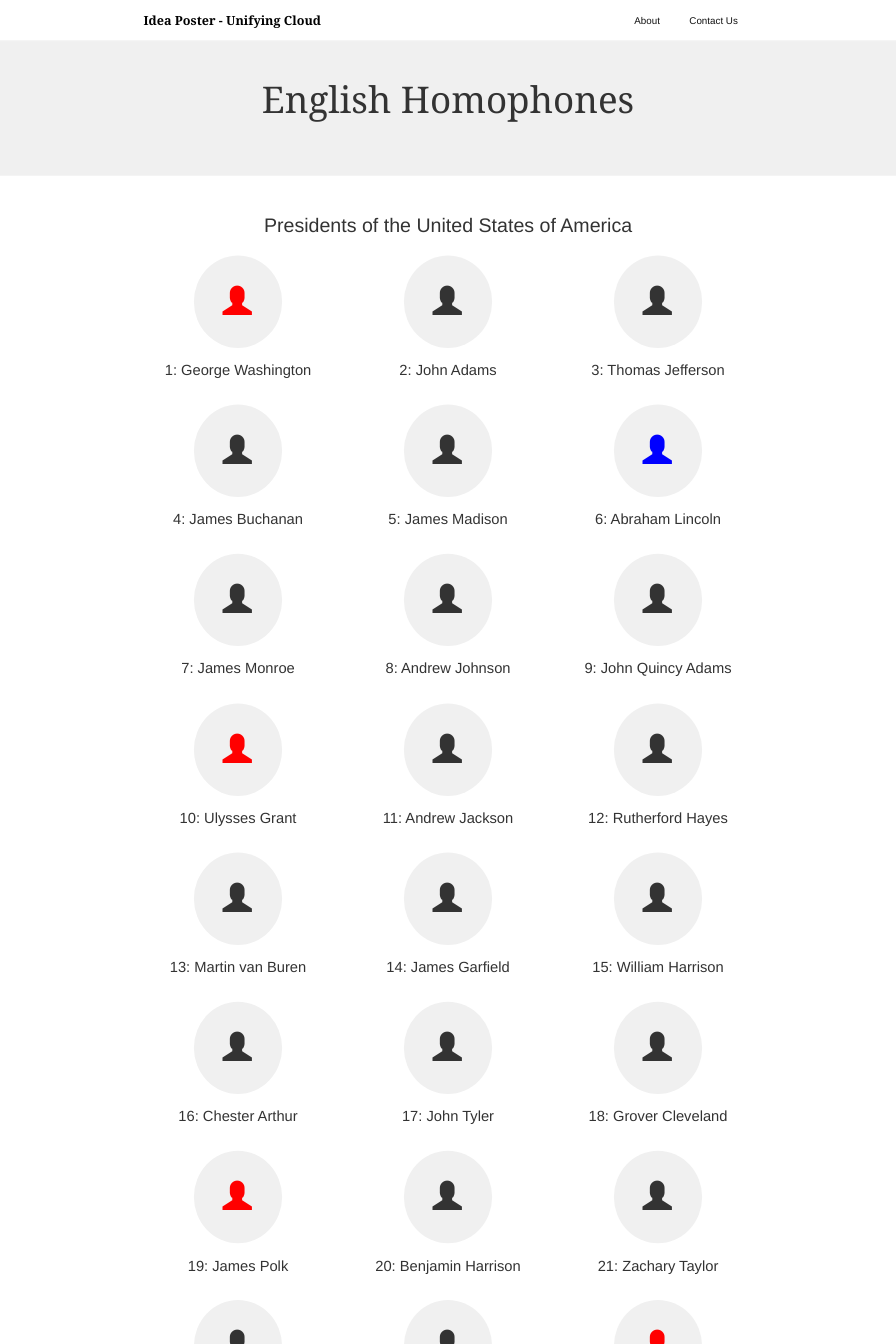
Repository: unifyingcloud/IdeaPoster-English-Homophones
Page: index.html
The author's editor kept a record of every edit. The page is drawn from the files as they stood at one moment, then again after the next edit.
The browser window is 1280 px wide. The pictures show the part of the page from y = 0 to 1920 px (the page is 3652 px tall before and 3683 px after), at 70% of full size.

Above is the page before.

### index.html
<!DOCTYPE html>
<html lang="en">
  <head>
    <meta charset="utf-8">
    <title>Idea Poster</title>
    <meta name="viewport" content="width=device-width,initial-scale=1.0">
    <link href="css/bootstrap.min.css" rel="stylesheet">
    <link href="css/lighter.css" rel="stylesheet">
  </head>
  <body>

    <nav class="navbar navbar-default navbar-fixed-top" role="navigation">
      <div class="container">
        <div class="navbar-header">
          <button type="button" class="navbar-toggle" data-toggle="collapse" data-target=".navbar-ex1-collapse">
            <span class="icon-bar"></span>
            <span class="icon-bar"></span>
            <span class="icon-bar"></span>
          </button>
          <a class="navbar-brand nav-link" href="#top">Idea Poster - Unifying Cloud</a>
        </div> <!-- /.navbar-header -->

        <div class="collapse navbar-collapse navbar-ex1-collapse">
          <ul class="nav navbar-nav navbar-right">


            <li><a href="http://www.unifyingcloud.com" class="nav-link">About</a></li>
            <li><a href="http://www.unifyingcloud.com">Contact Us</a></li>


          </ul>
        </div> <!-- /.navbar-collapse -->
      </div> <!-- /.container -->
    </nav> <!-- /.navbar -->

    <div id="top" class="jumbotron">
      <div class="container">
        <h1>English Homophones</h1>

      </div> <!-- /.container -->
    </div> <!-- /.jumbotron -->

    <div class="container">
      <h3 id="features" class="subhead">Presidents of the United States of America</h3>
      <div class="row benefits">


      <div class="col-md-4 col-sm-6 benefit"><div class="benefit-ball"><span class="glyphicon glyphicon-user" style="color:red" onClick="javascript:this.style.color=this.style.color=='blue'?'red':'blue'"></span> </div><h3>1: George Washington</h3><p></p> </div> <!-- /.benefit -->
<div class="col-md-4 col-sm-6 benefit"><div class="benefit-ball"><span class="glyphicon glyphicon-user" onClick="javascript:this.style.color=this.style.color=='blue'?'red':'blue'"></span> </div><h3>2: John Adams</h3><p></p> </div> <!-- /.benefit -->
<div class="col-md-4 col-sm-6 benefit"><div class="benefit-ball"><span class="glyphicon glyphicon-user" onClick="javascript:this.style.color=this.style.color=='blue'?'red':'blue'"></span> </div><h3>3: Thomas Jefferson</h3><p></p> </div> <!-- /.benefit -->
<div class="col-md-4 col-sm-6 benefit"><div class="benefit-ball"><span class="glyphicon glyphicon-user" onClick="javascript:this.style.color=this.style.color=='blue'?'red':'blue'"></span> </div><h3>4: James Buchanan</h3><p></p> </div> <!-- /.benefit -->
<div class="col-md-4 col-sm-6 benefit"><div class="benefit-ball"><span class="glyphicon glyphicon-user" onClick="javascript:this.style.color=this.style.color=='blue'?'red':'blue'"></span> </div><h3>5: James Madison</h3><p></p> </div> <!-- /.benefit -->
<div class="col-md-4 col-sm-6 benefit"><div class="benefit-ball"><span class="glyphicon glyphicon-user" style="color:blue"  onClick="javascript:this.style.color=this.style.color=='blue'?'red':'blue'"></span> </div><h3>6: Abraham Lincoln</h3><p></p> </div> <!-- /.benefit -->
<div class="col-md-4 col-sm-6 benefit"><div class="benefit-ball"><span class="glyphicon glyphicon-user" onClick="javascript:this.style.color=this.style.color=='blue'?'red':'blue'"></span> </div><h3>7: James Monroe</h3><p></p> </div> <!-- /.benefit -->
<div class="col-md-4 col-sm-6 benefit"><div class="benefit-ball"><span class="glyphicon glyphicon-user" onClick="javascript:this.style.color=this.style.color=='blue'?'red':'blue'"></span> </div><h3>8: Andrew Johnson</h3><p></p> </div> <!-- /.benefit -->
<div class="col-md-4 col-sm-6 benefit"><div class="benefit-ball"><span class="glyphicon glyphicon-user" onClick="javascript:this.style.color=this.style.color=='blue'?'red':'blue'"></span> </div><h3>9: John Quincy Adams</h3><p></p> </div> <!-- /.benefit -->
<div class="col-md-4 col-sm-6 benefit"><div class="benefit-ball"><span class="glyphicon glyphicon-user" style="color:red" onClick="javascript:this.style.color=this.style.color=='blue'?'red':'blue'"></span> </div><h3>10: Ulysses Grant</h3><p></p> </div> <!-- /.benefit -->
<div class="col-md-4 col-sm-6 benefit"><div class="benefit-ball"><span class="glyphicon glyphicon-user" onClick="javascript:this.style.color=this.style.color=='blue'?'red':'blue'"></span> </div><h3>11: Andrew Jackson</h3><p></p> </div> <!-- /.benefit -->
<div class="col-md-4 col-sm-6 benefit"><div class="benefit-ball"><span class="glyphicon glyphicon-user" onClick="javascript:this.style.color=this.style.color=='blue'?'red':'blue'"></span> </div><h3>12: Rutherford Hayes</h3><p></p> </div> <!-- /.benefit -->
<div class="col-md-4 col-sm-6 benefit"><div class="benefit-ball"><span class="glyphicon glyphicon-user" onClick="javascript:this.style.color=this.style.color=='blue'?'red':'blue'"></span> </div><h3>13: Martin van Buren</h3><p></p> </div> <!-- /.benefit -->
<div class="col-md-4 col-sm-6 benefit"><div class="benefit-ball"><span class="glyphicon glyphicon-user" onClick="javascript:this.style.color=this.style.color=='blue'?'red':'blue'"></span> </div><h3>14: James Garfield</h3><p></p> </div> <!-- /.benefit -->
<div class="col-md-4 col-sm-6 benefit"><div class="benefit-ball"><span class="glyphicon glyphicon-user" onClick="javascript:this.style.color=this.style.color=='blue'?'red':'blue'"></span> </div><h3>15: William Harrison</h3><p></p> </div> <!-- /.benefit -->
<div class="col-md-4 col-sm-6 benefit"><div class="benefit-ball"><span class="glyphicon glyphicon-user" onClick="javascript:this.style.color=this.style.color=='blue'?'red':'blue'"></span> </div><h3>16: Chester Arthur</h3><p></p> </div> <!-- /.benefit -->
<div class="col-md-4 col-sm-6 benefit"><div class="benefit-ball"><span class="glyphicon glyphicon-user" onClick="javascript:this.style.color=this.style.color=='blue'?'red':'blue'"></span> </div><h3>17: John Tyler</h3><p></p> </div> <!-- /.benefit -->
<div class="col-md-4 col-sm-6 benefit"><div class="benefit-ball"><span class="glyphicon glyphicon-user" onClick="javascript:this.style.color=this.style.color=='blue'?'red':'blue'"></span> </div><h3>18: Grover Cleveland</h3><p></p> </div> <!-- /.benefit -->
<div class="col-md-4 col-sm-6 benefit"><div class="benefit-ball"><span class="glyphicon glyphicon-user" style="color:red" onClick="javascript:this.style.color=this.style.color=='blue'?'red':'blue'"></span> </div><h3>19: James Polk</h3><p></p> </div> <!-- /.benefit -->
<div class="col-md-4 col-sm-6 benefit"><div class="benefit-ball"><span class="glyphicon glyphicon-user" onClick="javascript:this.style.color=this.style.color=='blue'?'red':'blue'"></span> </div><h3>20: Benjamin Harrison</h3><p></p> </div> <!-- /.benefit -->
<div class="col-md-4 col-sm-6 benefit"><div class="benefit-ball"><span class="glyphicon glyphicon-user" onClick="javascript:this.style.color=this.style.color=='blue'?'red':'blue'"></span> </div><h3>21: Zachary Taylor</h3><p></p> </div> <!-- /.benefit -->
<div class="col-md-4 col-sm-6 benefit"><div class="benefit-ball"><span class="glyphicon glyphicon-user" onClick="javascript:this.style.color=this.style.color=='blue'?'red':'blue'"></span> </div><h3>22: Millard Fillmore</h3><p></p> </div> <!-- /.benefit -->
<div class="col-md-4 col-sm-6 benefit"><div class="benefit-ball"><span class="glyphicon glyphicon-user" onClick="javascript:this.style.color=this.style.color=='blue'?'red':'blue'"></span> </div><h3>23: William McKinley</h3><p></p> </div> <!-- /.benefit -->
<div class="col-md-4 col-sm-6 benefit"><div class="benefit-ball"><span class="glyphicon glyphicon-user" style="color:red" onClick="javascript:this.style.color=this.style.color=='blue'?'red':'blue'"></span> </div><h3>24: Franklin Pierce</h3><p></p> </div> <!-- /.benefit -->
<div class="col-md-4 col-sm-6 benefit"><div class="benefit-ball"><span class="glyphicon glyphicon-user" onClick="javascript:this.style.color=this.style.color=='blue'?'red':'blue'"></span> </div><h3>25: Teddy Roosevelt</h3><p></p> </div> <!-- /.benefit -->
<div class="col-md-4 col-sm-6 benefit"><div class="benefit-ball"><span class="glyphicon glyphicon-user" onClick="javascript:this.style.color=this.style.color=='blue'?'red':'blue'"></span> </div><h3>26: John Kennedy</h3><p></p> </div> <!-- /.benefit -->
<div class="col-md-4 col-sm-6 benefit"><div class="benefit-ball"><span class="glyphicon glyphicon-user" onClick="javascript:this.style.color=this.style.color=='blue'?'red':'blue'"></span> </div><h3>27: William Howard Taft</h3><p></p> </div> <!-- /.benefit -->
<div class="col-md-4 col-sm-6 benefit"><div class="benefit-ball"><span class="glyphicon glyphicon-user" onClick="javascript:this.style.color=this.style.color=='blue'?'red':'blue'"></span> </div><h3>28: Lyndon Johnson</h3><p></p> </div> <!-- /.benefit -->
<div class="col-md-4 col-sm-6 benefit"><div class="benefit-ball"><span class="glyphicon glyphicon-user" onClick="javascript:this.style.color=this.style.color=='blue'?'red':'blue'"></span> </div><h3>29: Woodrow Wilson</h3><p></p> </div> <!-- /.benefit -->
<div class="col-md-4 col-sm-6 benefit"><div class="benefit-ball"><span class="glyphicon glyphicon-user" onClick="javascript:this.style.color=this.style.color=='blue'?'red':'blue'"></span> </div><h3>30: Richard Nixon</h3><p></p> </div> <!-- /.benefit -->
<div class="col-md-4 col-sm-6 benefit"><div class="benefit-ball"><span class="glyphicon glyphicon-user" onClick="javascript:this.style.color=this.style.color=='blue'?'red':'blue'"></span> </div><h3>31: Warren Harding</h3><p></p> </div> <!-- /.benefit -->
<div class="col-md-4 col-sm-6 benefit"><div class="benefit-ball"><span class="glyphicon glyphicon-user" style="color:red"  onClick="javascript:this.style.color=this.style.color=='blue'?'red':'blue'"></span> </div><h3>32: Gerald Ford</h3><p></p> </div> <!-- /.benefit -->
<div class="col-md-4 col-sm-6 benefit"><div class="benefit-ball"><span class="glyphicon glyphicon-user" onClick="javascript:this.style.color=this.style.color=='blue'?'red':'blue'"></span> </div><h3>33: Calvin Coolidge</h3><p></p> </div> <!-- /.benefit -->
<div class="col-md-4 col-sm-6 benefit"><div class="benefit-ball"><span class="glyphicon glyphicon-user" onClick="javascript:this.style.color=this.style.color=='blue'?'red':'blue'"></span> </div><h3>34: James Carter</h3><p></p> </div> <!-- /.benefit -->
<div class="col-md-4 col-sm-6 benefit"><div class="benefit-ball"><span class="glyphicon glyphicon-user" onClick="javascript:this.style.color=this.style.color=='blue'?'red':'blue'"></span> </div><h3>35: Herbert Hoover</h3><p></p> </div> <!-- /.benefit -->
<div class="col-md-4 col-sm-6 benefit"><div class="benefit-ball"><span class="glyphicon glyphicon-user" onClick="javascript:this.style.color=this.style.color=='blue'?'red':'blue'"></span> </div><h3>36: Ronald Reagan</h3><p></p> </div> <!-- /.benefit -->
<div class="col-md-4 col-sm-6 benefit"><div class="benefit-ball"><span class="glyphicon glyphicon-user" onClick="javascript:this.style.color=this.style.color=='blue'?'red':'blue'"></span> </div><h3>37: Franklin Roosevelt</h3><p></p> </div> <!-- /.benefit -->
<div class="col-md-4 col-sm-6 benefit"><div class="benefit-ball"><span class="glyphicon glyphicon-user" onClick="javascript:this.style.color=this.style.color=='blue'?'red':'blue'"></span> </div><h3>38: George H. W. Bush</h3><p></p> </div> <!-- /.benefit -->
<div class="col-md-4 col-sm-6 benefit"><div class="benefit-ball"><span class="glyphicon glyphicon-user" onClick="javascript:this.style.color=this.style.color=='blue'?'red':'blue'"></span> </div><h3>39: Harry Truman</h3><p></p> </div> <!-- /.benefit -->
<div class="col-md-4 col-sm-6 benefit"><div class="benefit-ball"><span class="glyphicon glyphicon-user" onClick="javascript:this.style.color=this.style.color=='blue'?'red':'blue'"></span> </div><h3>40: William Clinton</h3><p></p> </div> <!-- /.benefit -->
<div class="col-md-4 col-sm-6 benefit"><div class="benefit-ball"><span class="glyphicon glyphicon-user" onClick="javascript:this.style.color=this.style.color=='blue'?'red':'blue'"></span> </div><h3>41: Dwight Eisenhower</h3><p></p> </div> <!-- /.benefit -->
<div class="col-md-4 col-sm-6 benefit"><div class="benefit-ball"><span class="glyphicon glyphicon-user" onClick="javascript:this.style.color=this.style.color=='blue'?'red':'blue'"></span> </div><h3>42: George W Bush</h3><p></p> </div> <!-- /.benefit -->
<div class="col-md-4 col-sm-6 benefit"><div class="benefit-ball"><span class="glyphicon glyphicon-user" onClick="javascript:this.style.color=this.style.color=='blue'?'red':'blue'"></span> </div><h3>43: Barack Obama</h3><p></p> </div> <!-- /.benefit -->




      </div> <!-- /.row -->
    </div> <!-- /.container -->

    <footer>
      <div class="container clearfix">
        <p class="pull-left">
        Unifying Cloud 2014
        </p>

      </div> <!-- /.container -->
    </footer>

    <script src="js/jquery.js"></script>
    <script src="js/bootstrap.min.js"></script>
    <script>
      $(".nav-link").click(function(e) {
        e.preventDefault();
        var link = $(this);
        var href = link.attr("href");
        $("html,body").animate({scrollTop: $(href).offset().top - 80}, 500);
        link.closest(".navbar").find(".navbar-toggle:not(.collapsed)").click();
      });
    </script>
  </body>
</html>

### css/lighter.css
body {
  font-size: 14px;
}
body, h1, h2, h3, h4, h5, h6 {
  font-family: helvetica, arial, sans-serif;
}
.btn {
  border-radius: 3em;
}
.container {
  max-width: 900px;
}
.container-alternate {
  background: #f0f0f0;
}
.navbar {
  background: #fff;
  padding: 0.3em 0;
}
.navbar .navbar-brand {
  color: #000;
  font-family: georgia, serif;
  font-weight: bold;
}
.navbar ul.nav li a {
  color: #111;
  padding-left: 0;
  padding-right: 0;
  margin: 0 1.5em;
}
.navbar ul.nav li a:hover {
  color: #000;
}
.navbar ul.nav li button {
  margin: 0.7em 0 0 1em;
}
.jumbotron {
  background: #f0f0f0;
  color: #333;
  padding: 4.5em 0 3.5em;
  text-align: center;
  margin-bottom: 0;
}
.jumbotron h1 {
  font-family: georgia, serif;
  font-size: 2.5em;
}
.jumbotron h2 {
  font-size: 1.2em;
  font-style: italic;
  font-weight: normal;
  line-height: 1.4em;
  margin-bottom: 1.4em;
}
.jumbotron .btn {
  font-size: 1.2em;
  padding: 0.3em 2.5em 0.5em;
}
.jumbotron .btn .glyphicon {
  margin-left: 0.2em;
  position: relative;
  top: 3px;
}
.subhead {
  font-size: 2em;
  text-align: center;
  margin: 2em 0 0.5em;
}
.benefits {
  margin-bottom: 3em;
}
.benefit {
  margin: 1em 0;
  text-align: center;
}
.benefit .benefit-ball {
  background: #f0f0f0;
  border-radius: 50%;
  color: #333;
  display: inline-block;
  line-height: 1em;
  padding: 3em;
}
.benefit .benefit-ball .glyphicon {
  font-size: 3em;
 cursor:pointer;

  position: relative;
  top: -3px;
  right: 1px;
}
.benefit h3 {
  font-size: 1.5em;
}
#tour {
  margin: 1em 0 4em;
}
#tour .carousel-inner img {
  height: 500px;
  width: 100%;
}
.faqs {
  margin-bottom: 3em;
}
.faqs p {
  line-height: 1.5em;
  margin: 1.2em 0;
}
.about p {
  line-height: 1.5em;
  margin: 1em 0;
}
.about p:last-child {
  margin-bottom: 4em;
}
footer {
  background: #111;
  color: #fff;
  padding: 1.5em 0 0.8em;
}
@media screen and (max-width: 768px) {
  .navbar ul.nav li {
    text-align: center;
  }
  .navbar ul.nav li button {
    margin: 1em 0;
  }
  .jumbotron {
    font-size: 14px;
    padding: 6em 0 4em;
  }
  .benefit {
    margin-bottom: 2em;
  }
}
@media screen and (max-width: 480px) {
  body {
    font-size: 12px;
  }
  .jumbotron {
    font-size: 12px;
  }
  footer .pull-right {
    display: none;
  }
}

Loaded but not shown: css/bootstrap.min.css (library); js/jquery.js (library); js/bootstrap.min.js (library)

After the next edit:
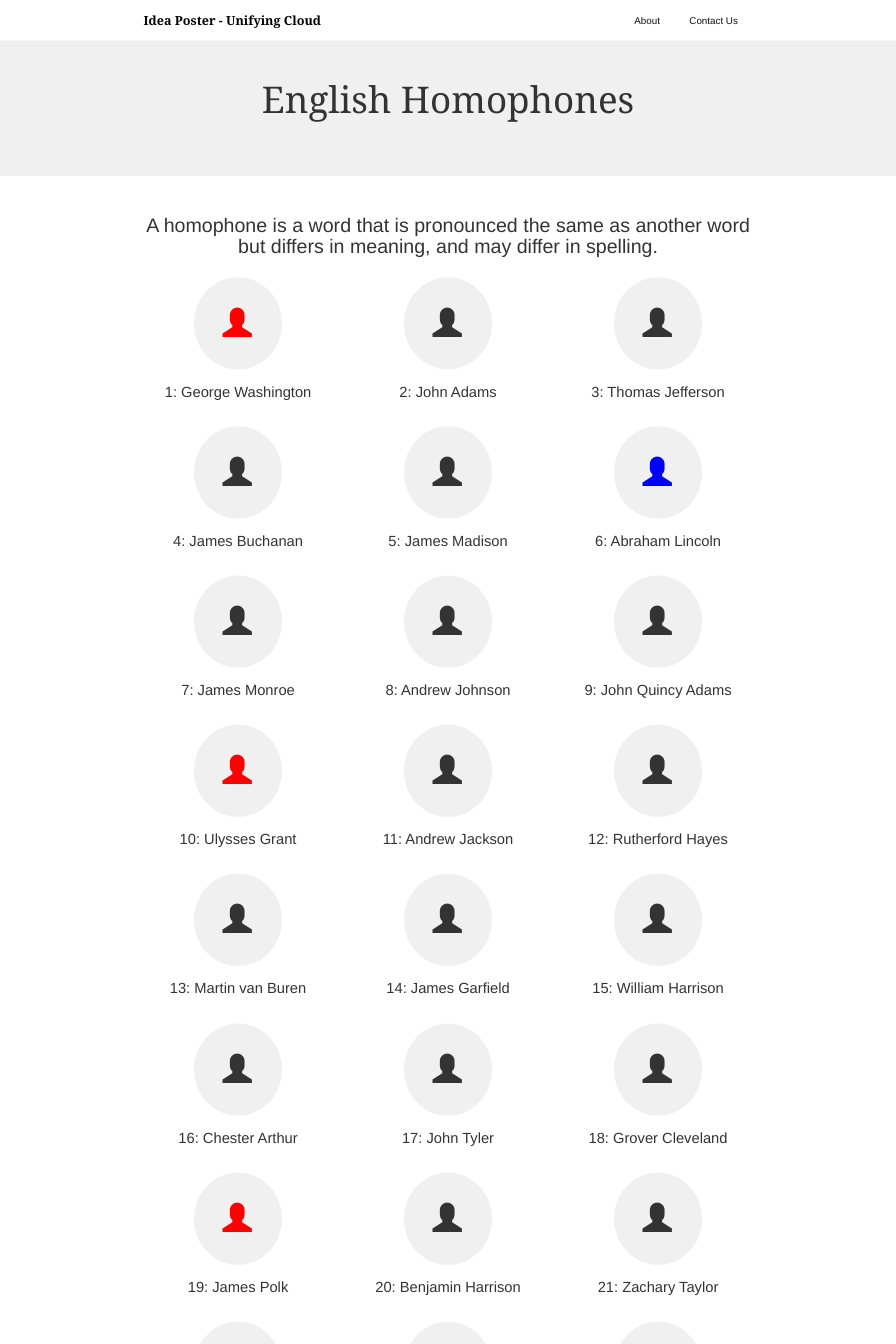
The edit:
--- a/index.html
+++ b/index.html
@@ -41,7 +41,7 @@
     </div> <!-- /.jumbotron -->
 
     <div class="container">
-      <h3 id="features" class="subhead">Presidents of the United States of America</h3>
+      <h3 id="features" class="subhead">A homophone is a word that is pronounced the same as another word but differs in meaning, and may differ in spelling. </h3>
       <div class="row benefits">
 
 
